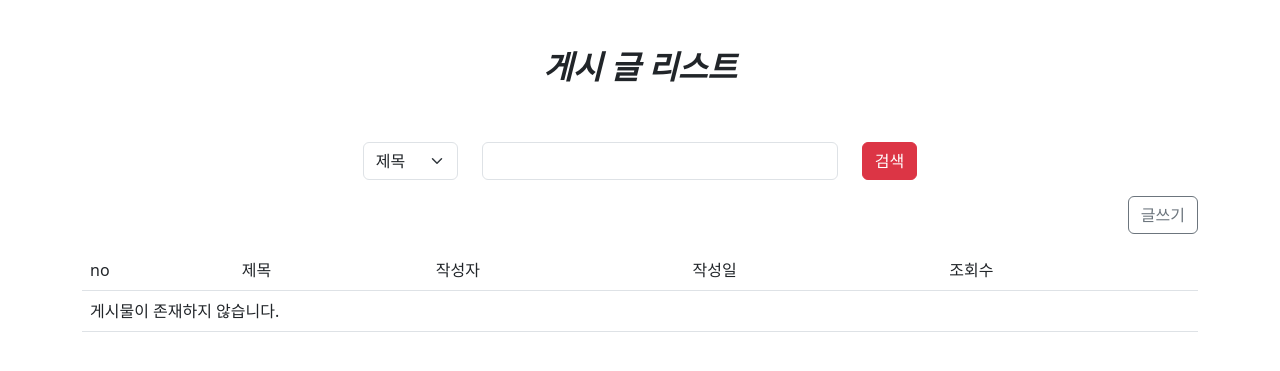
Repository: lopanghub/git_study
Page: http://localhost/JSPPracticech06/WEB-INF/board/boardList.jsp
These files come from the project's save history. The page is drawn as it stood at one moment and after the next save; the edit follows.
The browser window is 1280 px wide. The pictures show the whole page.
The page is served by Tomcat 9. Nobody is signed in. Other server files are loaded and not shown. The template is opened directly, without the code that normally fills it, so the values that code supplies are empty.

Above is the page before, as saved 2024-04-09 07:21:44.

### JSPStudy/JSPPracticech06/src/main/webapp/WEB-INF/board/boardList.jsp
<%@page import="java.util.ArrayList"%>
<%@page import="com.jsppractice.ch06.vo.Board"%>
<%@page import="java.util.List"%>
<%@page import="java.sql.ResultSet"%>
<%@page import="java.sql.PreparedStatement"%>
<%@page import="java.sql.DriverManager"%>
<%@page import="java.sql.Connection"%>
<%@ page language="java" contentType="text/html; charset=UTF-8"
	pageEncoding="UTF-8"%>
<%@taglib prefix="c" uri="http://java.sun.com/jsp/jstl/core"%>
<!DOCTYPE html>
<html>
<head>
<meta charset="UTF-8">
<meta name="viewport" content="width=device-width, intial-scale=1">
<title>JSP페이지에서 데이터베이스에 접속해 데이터 읽어오기</title>
<link href="bootstrap/bootstrap.min.css" rel="stylesheet">
</head>
<body>
	<div class="container">
		<!-- 타이틀 -->
		<div class="row my-5">
			<div class="col text-center">
				<h1 class="fw-bolder fst-italic fs-2">게시 글 리스트</h1>
			</div>
		</div>

		<!-- 검색폼  -->
		<form name="searchForm" id="searchForm" action="#"
			class="row justify-content-center my-3">
			<div class="col-auto">
				<select name="type" class="form-select">
					<option value="title">제목</option>
					<option value="writer">작성자</option>
					<option value="content">내용</option>
				</select>
			</div>
			<div class="col-4">
				<input type="text" name="keyword" id="keyword" class="form-control">
			</div>
			<div class="col-auto">
				<input type="submit" class="btn btn-danger" value="검색" />
			</div>
		</form>

		<!-- 글쓰기 버튼 -->
		<div class="row">
			<div class="col text-end">
				<a href="writeForm" class="btn btn-outline-secondary">글쓰기</a>
			</div>
		</div>

		<!-- 테이블 -->
		<div class="row my-3">
			<div class="col">
				<table class="table table-hover">
					<tr>
						<td>no</td>
						<td>제목</td>
						<td>작성자</td>
						<td>작성일</td>
						<td>조회수</td>
					</tr>
					<c:if test="${not empty bList }">
						<!-- items에 스크립틀릿에서 정의한 boardList를 표현식으로 지정할 수 있다. -->
						<c:forEach var="board" items="${bList }">
							<tr>
								<td>${ board.no }</td>
								<td>${ board.title }</td>
								<td>${ board.writer }</td>
								<td>${ board.regDate }</td>
								<td>${ board.readCount }</td>
							</tr>
						</c:forEach>
					</c:if>
					<c:if test="${empty bList }">
						<tr>
							<td colspan="5">게시물이 존재하지 않습니다.</td>
						</tr>
					</c:if>
				</table>
			</div>
		</div>
	</div>
	<script src="bootstrap/bootstrap.bundle.min.js"></script>
</body>
</html>

Loaded but not shown: JSPStudy/JSPPracticech06/src/main/webapp/bootstrap/bootstrap.min.css (library); JSPStudy/JSPPracticech06/src/main/webapp/bootstrap/bootstrap.bundle.min.js (library)

After the next save:
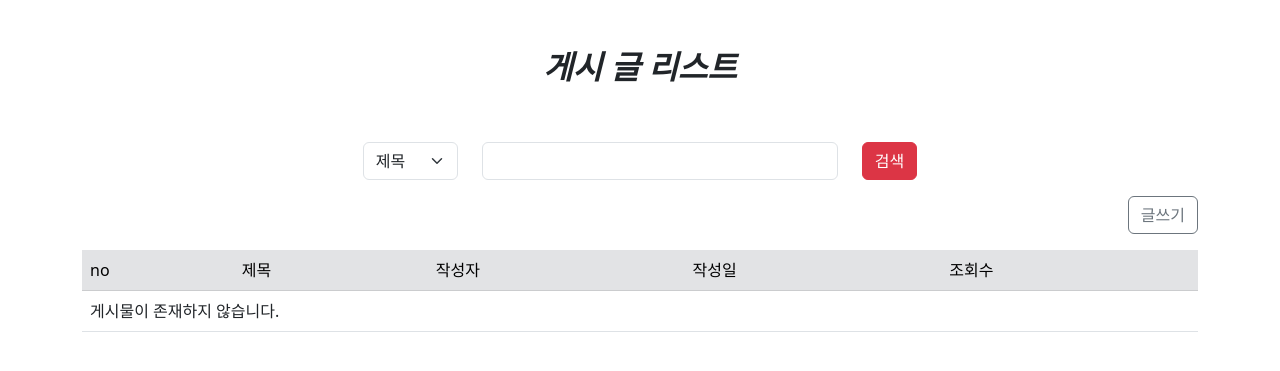
Saved 76 s later.
--- a/JSPStudy/JSPPracticech06/src/main/webapp/WEB-INF/board/boardList.jsp
+++ b/JSPStudy/JSPPracticech06/src/main/webapp/WEB-INF/board/boardList.jsp
@@ -54,13 +54,15 @@
 		<div class="row my-3">
 			<div class="col">
 				<table class="table table-hover">
-					<tr>
+					<thead>
+					<tr class="table-secondary">
 						<td>no</td>
 						<td>제목</td>
 						<td>작성자</td>
 						<td>작성일</td>
 						<td>조회수</td>
 					</tr>
+					</thead>
 					<c:if test="${not empty bList }">
 						<!-- items에 스크립틀릿에서 정의한 boardList를 표현식으로 지정할 수 있다. -->
 						<c:forEach var="board" items="${bList }">
